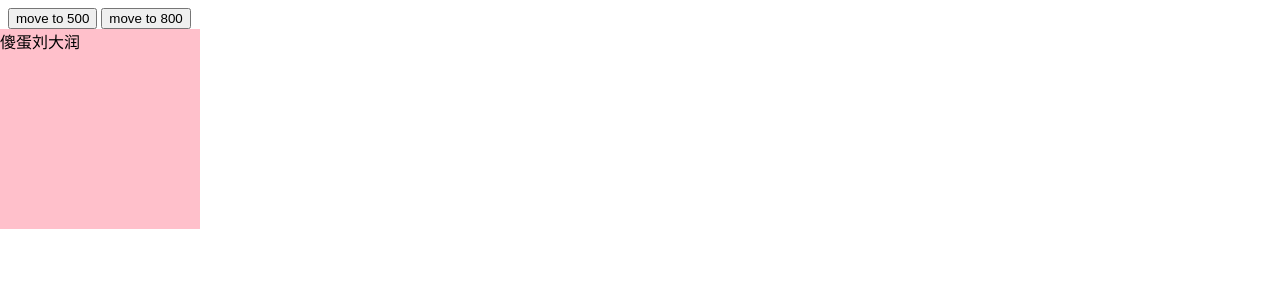
Repository: szl156/class
Page: review/javascript/test/test.html
These files come from the project's save history. The page is drawn as it stood at one moment and after the next save; the edit follows.
The browser window is 1280 px wide. The pictures show the whole page.

Above is the page before, as saved 2022-07-25 22:10:11.

After the next save:
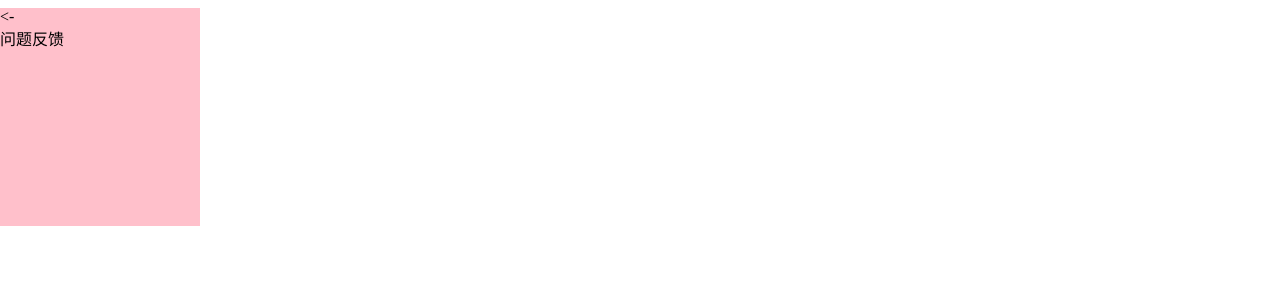
Saved 2 min 4 s later.
--- a/review/javascript/test/test.html
+++ b/review/javascript/test/test.html
@@ -19,16 +19,11 @@
 </head>
 
 <body>
-    <button class="btn500">move to 500</button>
-    <button class="btn800">move to 800</button>
-    <div>
-        傻蛋刘大润
+    <div class="sliderbar">
+        <span><-</span>
+        <div class="con">问题反馈</div>
     </div>
     <script>
-        const btn500 = document.querySelector('.btn500')
-        const btn800 = document.querySelector('.btn800')
-        const div = document.querySelector('div')
-
         function animate(obj, target, callback) {
             obj.timer = setInterval(function() {
                 let step = Math.ceil((target - obj.offsetLeft) / 10)
@@ -41,14 +36,6 @@
                 obj.style.left = obj.offsetLeft + step + 'px'
             }, 40)
         }
-        btn500.addEventListener('click', function() {
-            animate(div, 500)
-        })
-        btn800.addEventListener('click', function() {
-            animate(div, 800, function() {
-                div.style.backgroundColor = 'red'
-            })
-        })
     </script>
 </body>
 
